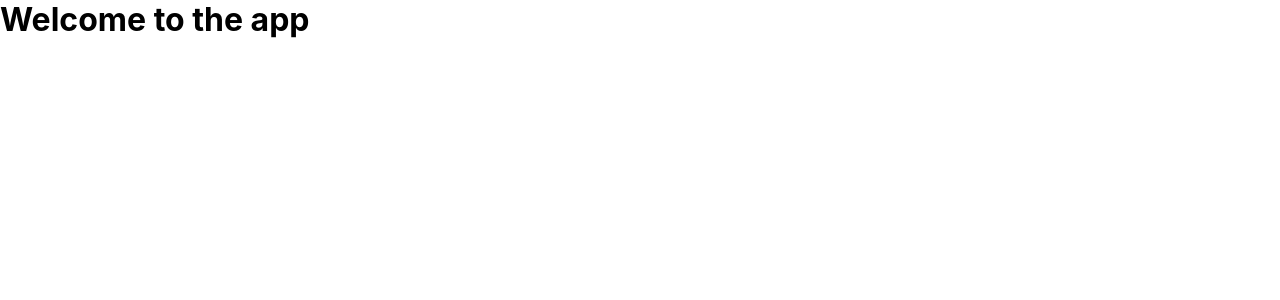
Repository: exiled-kal/2OnProcess
Page: /
An editor plug-in stored every save of this project. The page is shown before and after the next save, followed by the edit.
The browser window is 1280 px wide. The pictures show the whole page.
The project was rebuilt for these pictures with package versions that can differ from the ones it lists, and the page was loaded fresh each time. Also part of the build but not shown: src/App.css.

Above is the page before, as saved 2020-08-16 16:43:03.

After the next save:
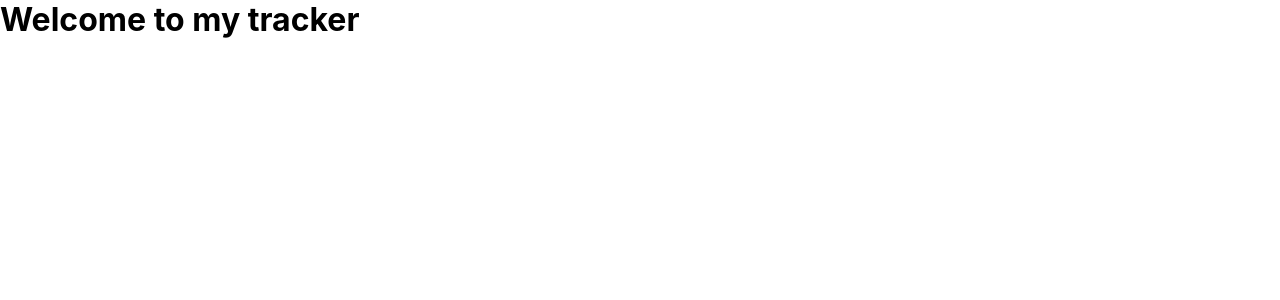
Saved 26 s later.
--- a/src/App.js
+++ b/src/App.js
@@ -4,7 +4,7 @@ import './App.css';
 function App() {
   return (
     <div className="app">
-      <h1>Welcome to the app</h1>
+      <h1>Welcome to my tracker</h1>
     </div>
   );
 }
